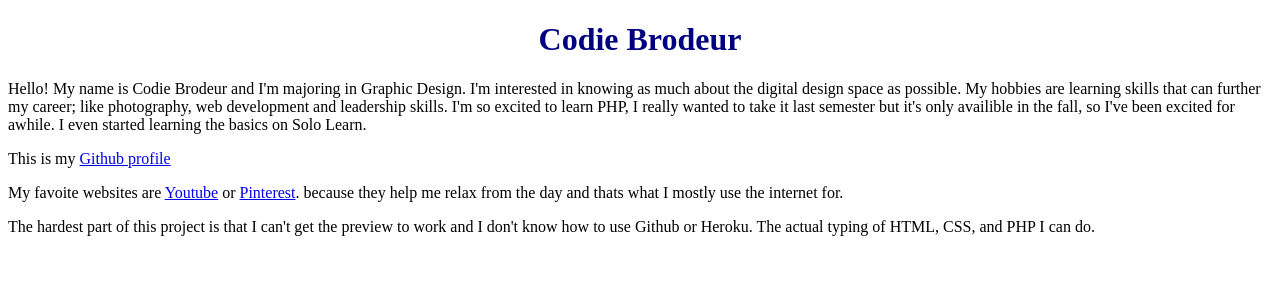
Repository: codieb1997/cosw30
Page: http://localhost/labwork/lab1.php
The author's editor kept a record of every edit. The page is drawn from the files as they stood at one moment, then again after the next edit.
The browser window is 1280 px wide. The pictures show the whole page.
The page is run by PHP 8.4 with error messages shown; the project is at /var/www/html/.

Above is the page before.

### labwork/lab1.php
<!doctype html>
<html>
    <head>
        <title>Labwork 1: Hello World</title>
        <style>
        h1{
            text-align: center;
            color: navy;
        }
        </style>
    </head>
    <body>
        <h1>Codie Brodeur</h1>
        <p>Hello! My name is Codie Brodeur and I'm majoring in Graphic Design.
            I'm interested in knowing as much about the digital design space as possible.
            My hobbies are learning skills that can further my career; like photography,
            web development and leadership skills. I'm so excited to learn PHP, I really
            wanted to take it last semester but it's only availible in the fall, so I've
            been excited for awhile. I even started learning the basics on Solo Learn.
        </p>

        <p>This is my <a href="http://github.com/codieb1997/cosw30" target="_blank">
            Github profile</a>
        </p>

        <?php
        /*
            lab1.php
            Codie Brodeur
            September 1,2019
        */
            print "<p>My favoite websites are <a href=\"https://www.youtube.com/\">
            Youtube</a> or <a href=\"https://www.pinterest.com/\">Pinterest</a>.
            because they help me relax from the day and thats what I mostly use the
            internet for.</p>";

            print "<p>The hardest part of this project is that I can't get the
            preview to work and I don't know how to use Github or Heroku. The
            actual typing of HTML, CSS, and PHP I can do.</p>";

        ?>
    </body>
</html>

After the next edit:
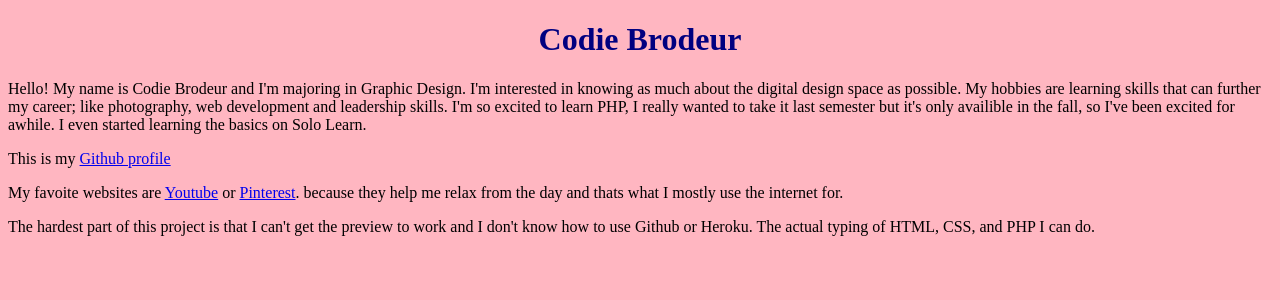
The edit:
--- a/labwork/lab1.php
+++ b/labwork/lab1.php
@@ -3,6 +3,9 @@
     <head>
         <title>Labwork 1: Hello World</title>
         <style>
+        body{
+            background-color: lightpink;
+        }
         h1{
             text-align: center;
             color: navy;
